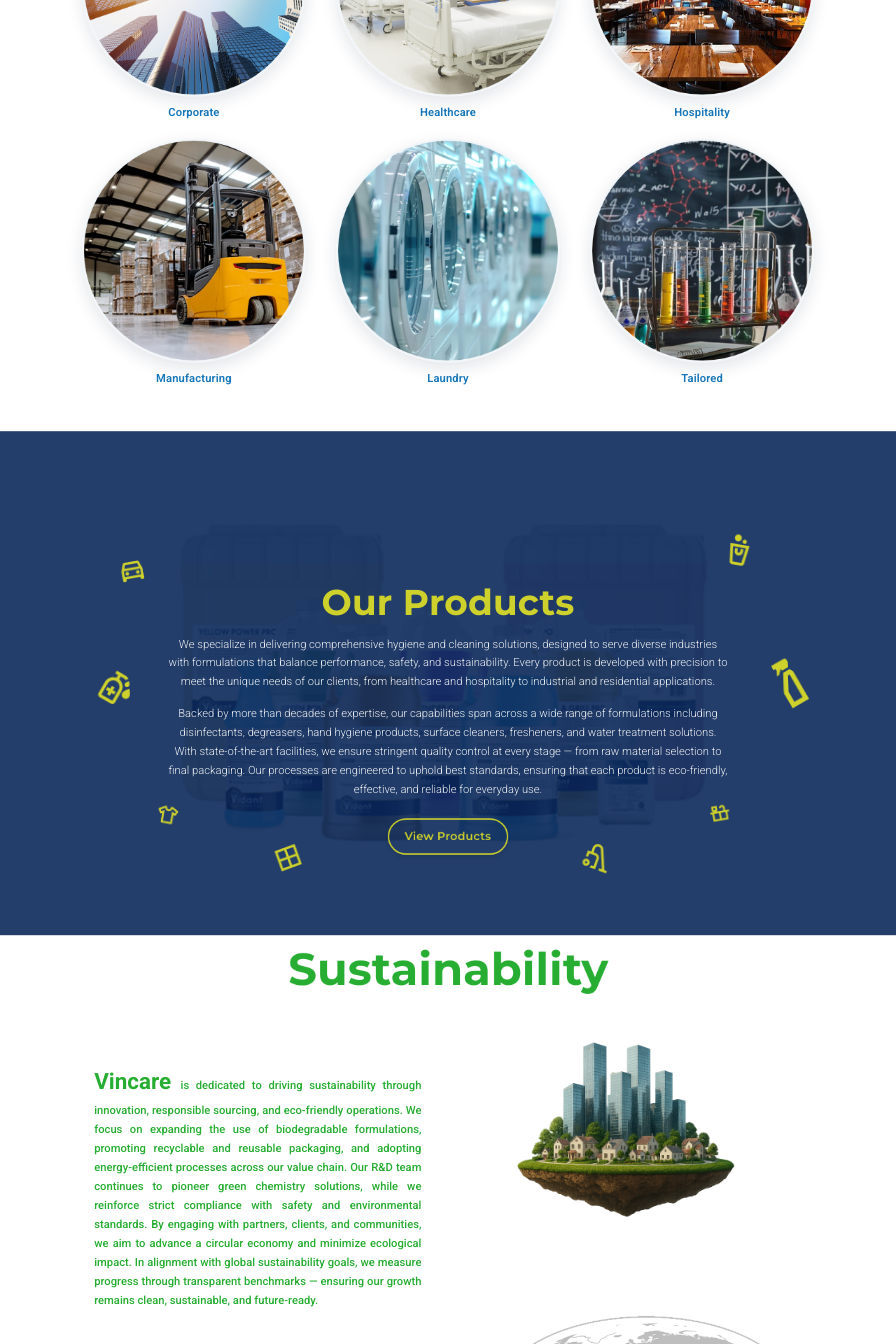
Repository: Yeshwanth-189/vincare
Page: / (app in vincare-frontend/)
These files come from the project's save history. The page is drawn as it stood at one moment and after the next save; the edit follows.
The browser window is 1280 px wide. The pictures show the part of the page from y = 4580 to 6500 px (the page is 8025 px tall), at 70% of full size.
Pictures or frames that could not be fetched are drawn as grey boxes. The project was rebuilt for these pictures with package versions that can differ from the ones it lists, and the page was loaded fresh each time. Also part of the build but not shown: vincare-frontend/vite.config.js. Imported but missing from the stored project, and not drawn on this page: vincare-frontend/src/assets/green-globe-white-bg.mp4.

Above is the page before, as saved 2025-09-25 20:57:34.

After the next save:
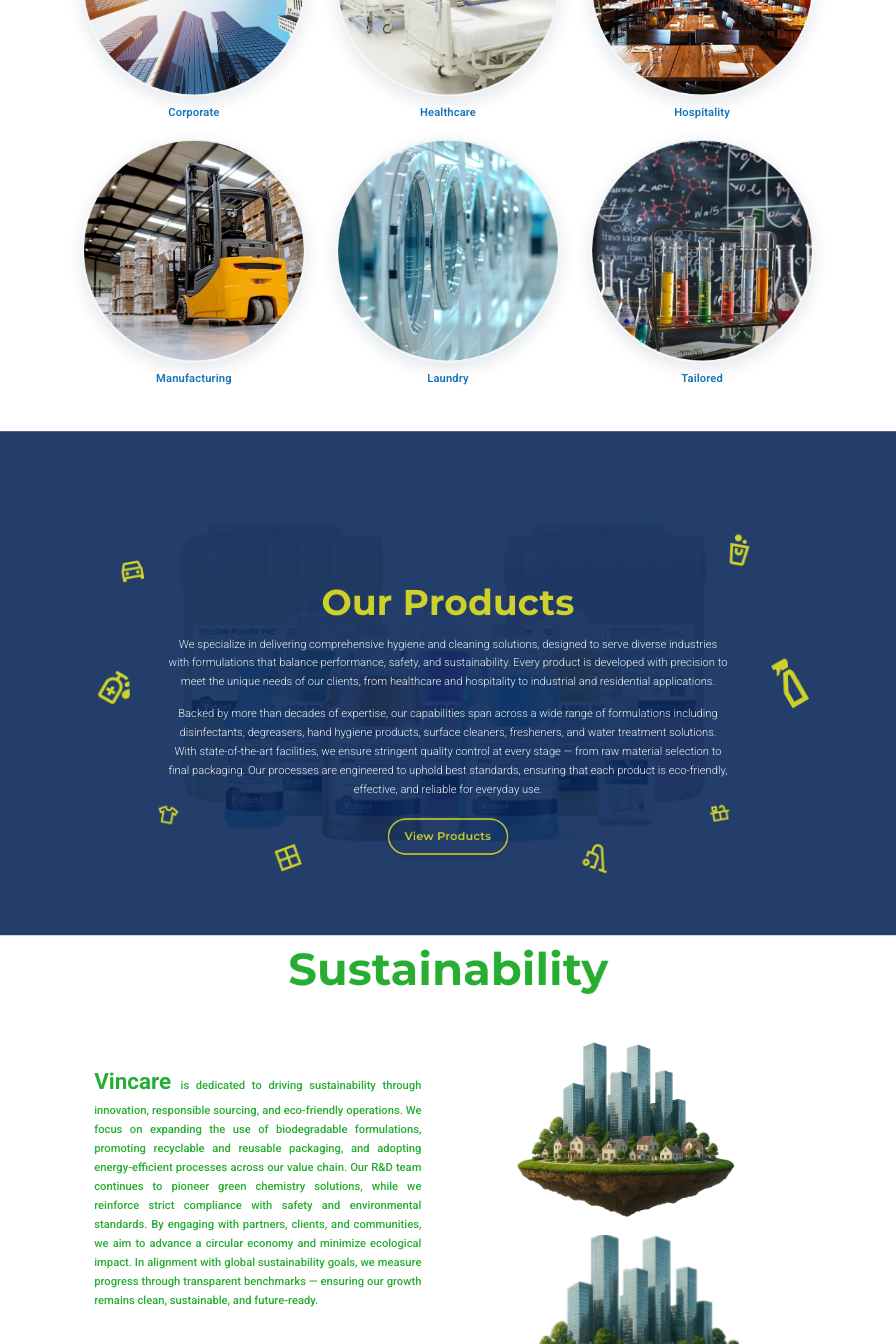
Saved 70 s later.
--- a/vincare-frontend/src/components/SustainabilityGreenManf.jsx
+++ b/vincare-frontend/src/components/SustainabilityGreenManf.jsx
@@ -19,7 +19,7 @@
   icon = green,
   videoSrc = greenglobewhitebg,
   poster = sust1,
-  imageSrc = earthgrey,
+  imageSrc = sust1,
 }) {
   const headingRef = useRef(null);
 
